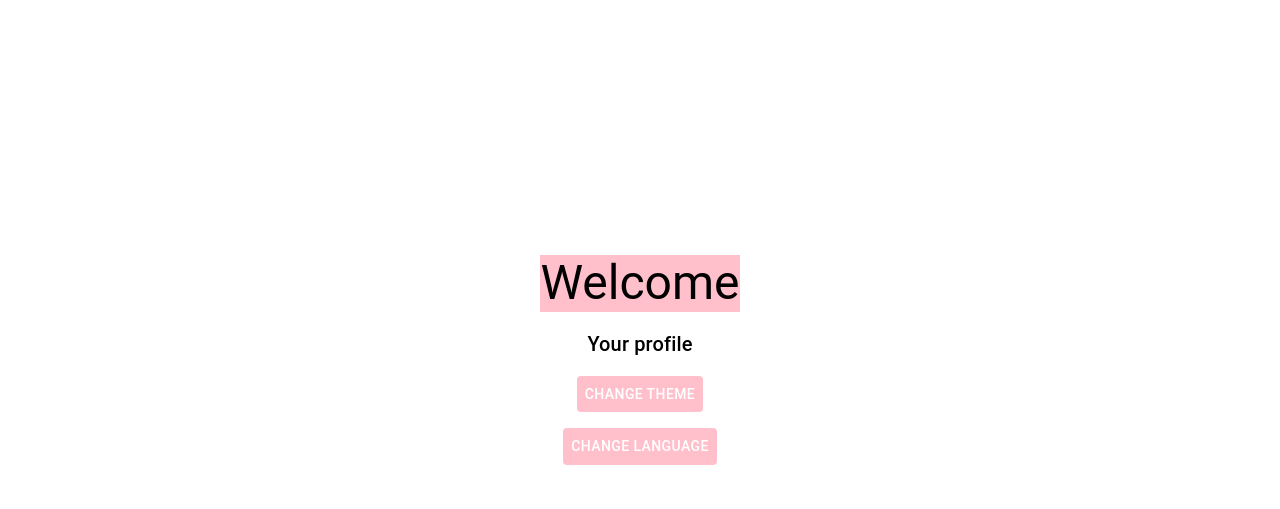
Repository: savannaaaas/contextLanguageTheme
Page: /
These files come from the project's save history. The page is drawn as it stood at one moment and after the next save; the edit follows.
The browser window is 1280 px wide. The pictures show the whole page.
The project was rebuilt for these pictures with package versions that can differ from the ones it lists, and the page was loaded fresh each time. Also part of the build but not shown: vite.config.js.

Above is the page before, as saved 2025-07-11 17:44:15.

After the next save:
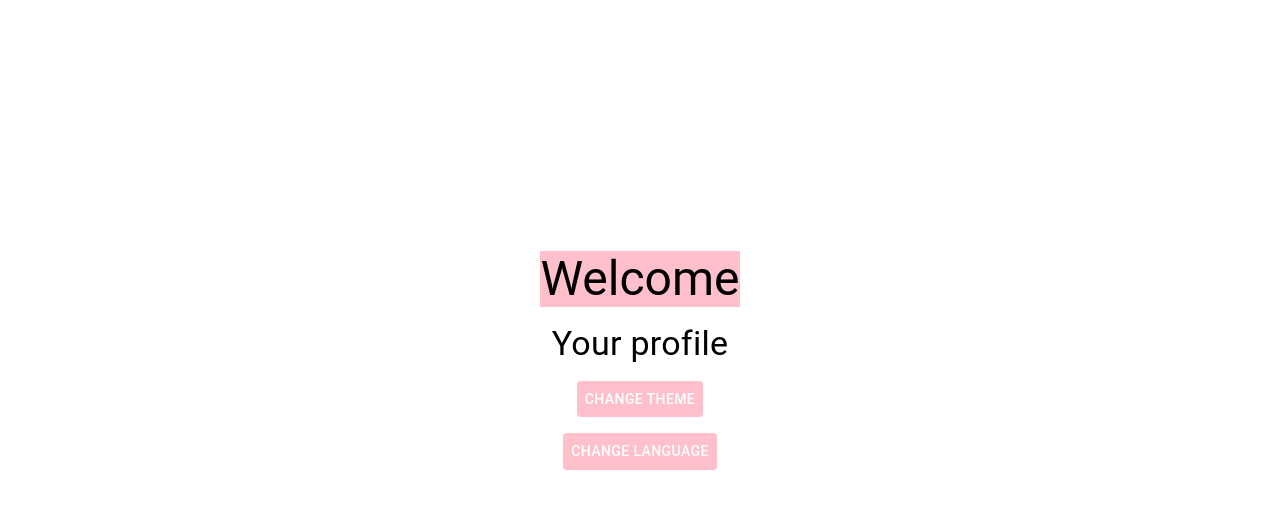
Saved 13 s later.
--- a/src/components/UserProfile.jsx
+++ b/src/components/UserProfile.jsx
@@ -6,5 +6,5 @@ import { ThemeContext } from "../providers/ThemeContext";
 export const UserProfile = () => {
   const { theme } = useContext(ThemeContext);
   const { language } = useContext(LanguageContext);
-  return <Typography variant="h6">{translations[language].profile}</Typography>;
+  return <Typography variant="h4">{translations[language].profile}</Typography>;
 };
